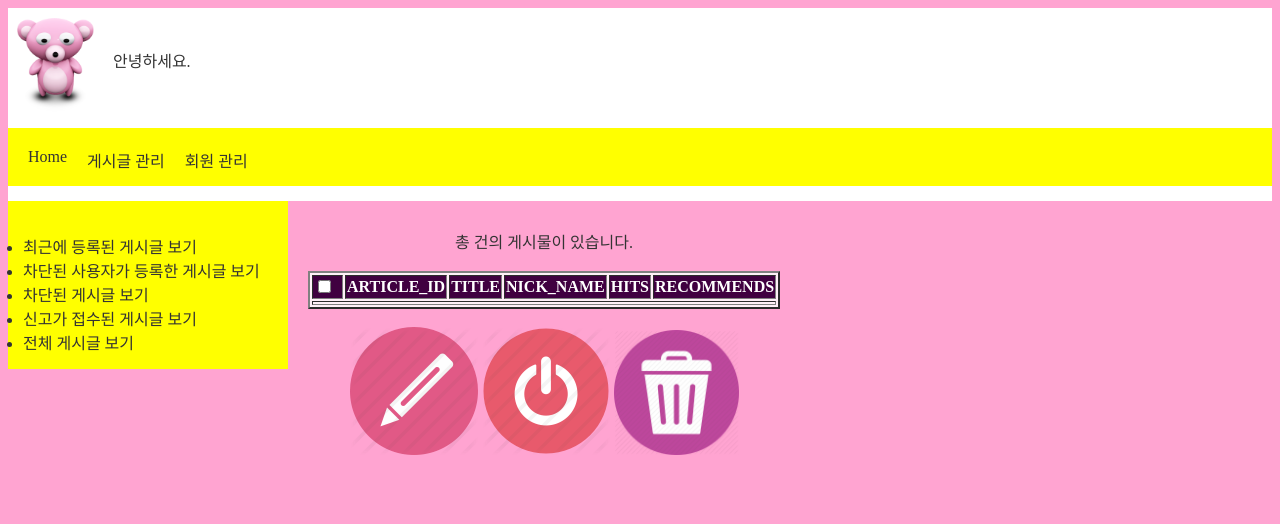
Repository: BaekJiGyeong/JSP_web
Page: http://localhost/Article-admin/WEB-INF/view/article/list.jsp
The author's editor kept a copy of each file at every save. The page is drawn from the files as they stood at one save, then again after the next save.
The browser window is 1280 px wide. The pictures show the whole page.
The page is served by Tomcat 9. Nobody is signed in. Other server files are loaded and not shown. The template is opened directly, without the code that normally fills it, so the values that code supplies are empty.

Above is the page before, as saved 2016-03-16 00:41:58.

### Article-admin/WebContent/WEB-INF/view/article/list.jsp
<%@ page language="java" contentType="text/html; charset=UTF-8"
    pageEncoding="UTF-8"%>

<%@taglib prefix="c" uri="http://java.sun.com/jsp/jstl/core" %>
<jsp:include page="/WEB-INF/view/common/header.jsp"></jsp:include>
<jsp:include page="/WEB-INF/view/article/leftMenu.jsp"></jsp:include>

<script type="text/javascript">
	$(document).ready(function(){
		$("#massiveSelectCheckBox").click(function(){
			 var isChecked = $(this).prop("checked");
			 $(".deleteArticleId").prop("checked",isChecked);
		});


		$("#massiveDeleteBtn").click(function(){
			var isChecked = false;

			$(".deleteArticleId").each(function(index,data){

				if (data.checked ) {
					isChecked = data.checked
				}
			});

			 if (!isChecked){
			alert("삭제할 대상을 선택하세요");
			return;
		}
			if(confirm("정말 삭제하시겠습니까?")){
				var form=$("#massiveDeleteForm");
				form.attr("method", "POST");
				form.attr("action", "<c:url value="/massiveDelete"/>");
				form.submit();
			}
		});
	});
</script>

<body>
<div id="listcss" align="center">
	<br/>
	 총 ${articles.paging.totalArticleCount} 건의 게시물이 있습니다.
	<br/><br/>

	<table border="2" >
		<tr>
			<th><input type="checkbox" id="massiveSelectCheckBox"/></th>
			<th>ARTICLE_ID</th>
			<th>TITLE</th>
			<th>NICK_NAME</th>
			<th>HITS</th>
			<th>RECOMMENDS</th>
		</tr>

	<form id="massiveDeleteForm">
	<c:forEach items="${ articles.articleList }" var="articles">
		<tr>
			<td>
				<input type="checkbox" class="deleteArticleId"
						name = "deleteArticleId"
						value ="${articles.articleId }"/>
			</td>
			<td>${ articles.articleId }</td>
			<td>
				<a href="<c:url value="/detail?articleId=${articles.articleId }"/>">
					${ articles.title }
				</a>
				<c:if test="${articles.fileCount gt 0 }">
					[${articles.fileCount}개의 첨부파일 있음]
				</c:if>
			</td>
			<td>${ articles.nickName }</td>
			<td>${ articles.hits }</td>
			<td>${ articles.recommends }</td>
	</tr>
	</c:forEach>
	</form>

	<tr>
		<td colspan="6" text-align="center">
			<form id="searchForm">
			<div style="text-aligh:center;">
			${articles.paging.getPagingList("pageNo","[@]","[이전]", "[다음]", "searchForm")}
			</div>
			<div style="text-aligh:right;">

			</div>
			</form>
		</td>
	</tr>
	</table>
	<br/>


	<a href="<c:url value="/write"/>"><img src="<c:url value="/resource/img/write.png"/>" id="btnWrite" /></a>
	<a href="<c:url value="/logout"/>"><img src="<c:url value="/resource/img/exit.png"/>" id="btnExit" /></a>
	<img src="<c:url value="/resource/img/trashcan.png"/>" id="massiveDeleteBtn" width=125px height=125px; />


	</br>
</div>
</body>

### Article-admin/WebContent/WEB-INF/view/common/header.jsp
<%@ page language="java" contentType="text/html; charset=UTF-8"
    pageEncoding="UTF-8"%>
<%@ taglib prefix="c" uri="http://java.sun.com/jsp/jstl/core" %>
<!DOCTYPE html>
<html>
<head>
<meta http-equiv="Content-Type" content="text/html; charset=UTF-8">
<link rel="stylesheet" type="text/css" href="<c:url value="/resource/css/header.css"/>"/>
<link rel="stylesheet" type="text/css" href="<c:url value="/resource/css/login.css"/>"/>
<script type="text/javascript" src="<c:url value="/resource/js/jquery-1.12.1.js"/>"></script>


<title>관리자페이지</title>
</head>
<body>

	<div id="wrapper">

		<div id="header">


			<a href="<c:url value="/list"/>"><img src="<c:url value= "/resource/img/icon.png"/>"></a> <div>안녕하세요.</div>

		</div>
		<div class="clear"></div>
		<jsp:include page="/WEB-INF/view/common/topMenu.jsp"></jsp:include>
		<div class="clear"></div>

### Article-admin/WebContent/WEB-INF/view/common/topMenu.jsp
<%@ page language="java" contentType="text/html; charset=UTF-8"
    pageEncoding="UTF-8"%>

<%@ taglib prefix="c" uri="http://java.sun.com/jsp/jstl/core"%>

<script type="text/javascript">

$(document).ready(function(){

	$("#manageMember").click(function(){
		location.href = "<c:url value="/memberManage"/>";
	});

});
</script>

<div id="topNavi">
	<ul id="topMenu">
		<li>Home</li>
		<li>게시글 관리</li>
		<li id="manageMember">회원 관리</li>
	</ul>
</div>

### Article-admin/WebContent/WEB-INF/view/article/leftMenu.jsp
<%@ page language="java" contentType="text/html; charset=UTF-8"
    pageEncoding="UTF-8"%>
<div id="leftMenu">
	<ul>
		<li>최근에 등록된 게시글 보기</li>
		<li>차단된 사용자가 등록한 게시글 보기</li>
		<li>차단된 게시글 보기</li>
		<li>신고가 접수된 게시글 보기</li>
		<li>전체 게시글 보기</li>
	</ul>
</div>

### Article-admin/WebContent/resource/css/header.css
@CHARSET "UTF-8";

body, input, div, span, p, a, td, th, caption, lable, h1, h2, h3, h4, h5, h6, textarea, iframe, ul, al, li, dd, dt, b, u, i, strong, pre, code, address, city, header, aside{
	color:#333333;
	font-family: "나눔바른고딕", "나눔고딕", "돋움체";
	font-size: 12pt;

}

table {
	background-color: #fff0f8;

}


img {
	/* 이미지 주변의 파란 줄 제거 */
	border: none;
}


body {
	background-color: #ffa4d1;
}

input {
	margin-right: 10px;
}
th {
	background-color: #400040;
	color:#ffffff;
}

div#wrapper {
	width: 100%;
	background-color: #FFFFFF;
}

div#header img {
	width: 95px;
	height: 95px;
	float: left;
	margin-top :10px;
	margin-right: 10px;
}

div#header div {
	padding-top: 40px;
	float: left;
}

div#listcss {
	float:left;
	background-color: #ffa4d1;
	padding : 10px;
}
div#reply{
	width: 50%;
}
ul#topMenu li{
	margin-left:20px;
	float:left;
	cursor: pointer;
}
ul#topMenu li:FIRST-CHILD{
	margin-left:0px;

}

div#topNavi ul#topMenu{
	list-style:none;
	display: inline;
	margin-left: 30px;
}
div#topNavi{
	padding-left: 20px;
	padding-top: 20px;
	padding-bottom: 20px;
	margin-top: 15px;
	margin-bottom: 15px;
	background-color: #ffff00;
}
div#leftMenu{
	float:left;
	width: 250px;
	height: 100%;
	padding: 15px;
	margin-right: 10px;
	background-color: #ffff00;


}
div#leftMenu ul{
	list-syle : none;
	display: inline;
}
div#leftMenu ul ui{
	padding-top:5px;
	padding-bottom:5px;
}
div#leftMenu ul ui:FIRST-CHILD{
	padding-top:0px;
}
div.clear{
	clear: both;
}

### Article-admin/WebContent/resource/css/login.css
@CHARSET "UTF-8";


#btnLogin{
	height:40px;
	float:right;
	margin-right:10px;
}
#btnJoin{
	height:40px;
	float:right;
	margin-right:10px;

}


div#login {
	text-align:right;
}


div#login input{
	margin-bottom:10px;
	float:right;
}

Loaded but not shown: Article-admin/WebContent/resource/js/jquery-1.12.1.js (library)

After the next save:
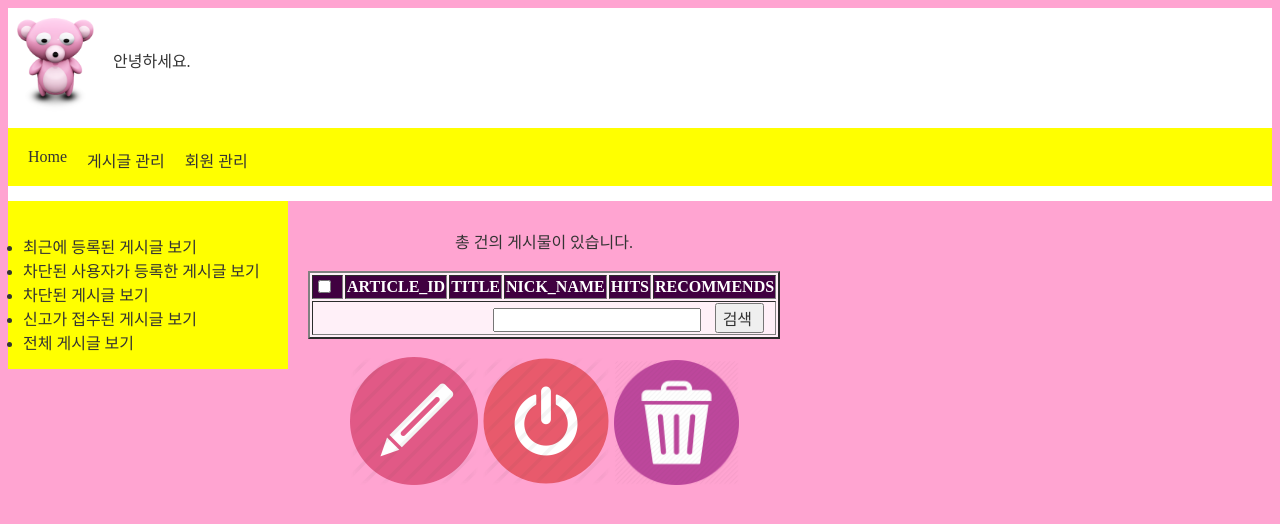
Saved 103 s later.
--- a/Article-admin/WebContent/WEB-INF/view/article/list.jsp
+++ b/Article-admin/WebContent/WEB-INF/view/article/list.jsp
@@ -80,11 +80,12 @@
 	<tr>
 		<td colspan="6" text-align="center">
 			<form id="searchForm">
-			<div style="text-aligh:center;">
+			<div style="text-align:center;">
 			${articles.paging.getPagingList("pageNo","[@]","[이전]", "[다음]", "searchForm")}
 			</div>
-			<div style="text-aligh:right;">
-
+			<div style="text-align:right;">
+				<input type="text" id="searchKeyword" name="searchKeyword"/>
+				<input type="button" id="searchBtn" value="검색 "/>
 			</div>
 			</form>
 		</td>
